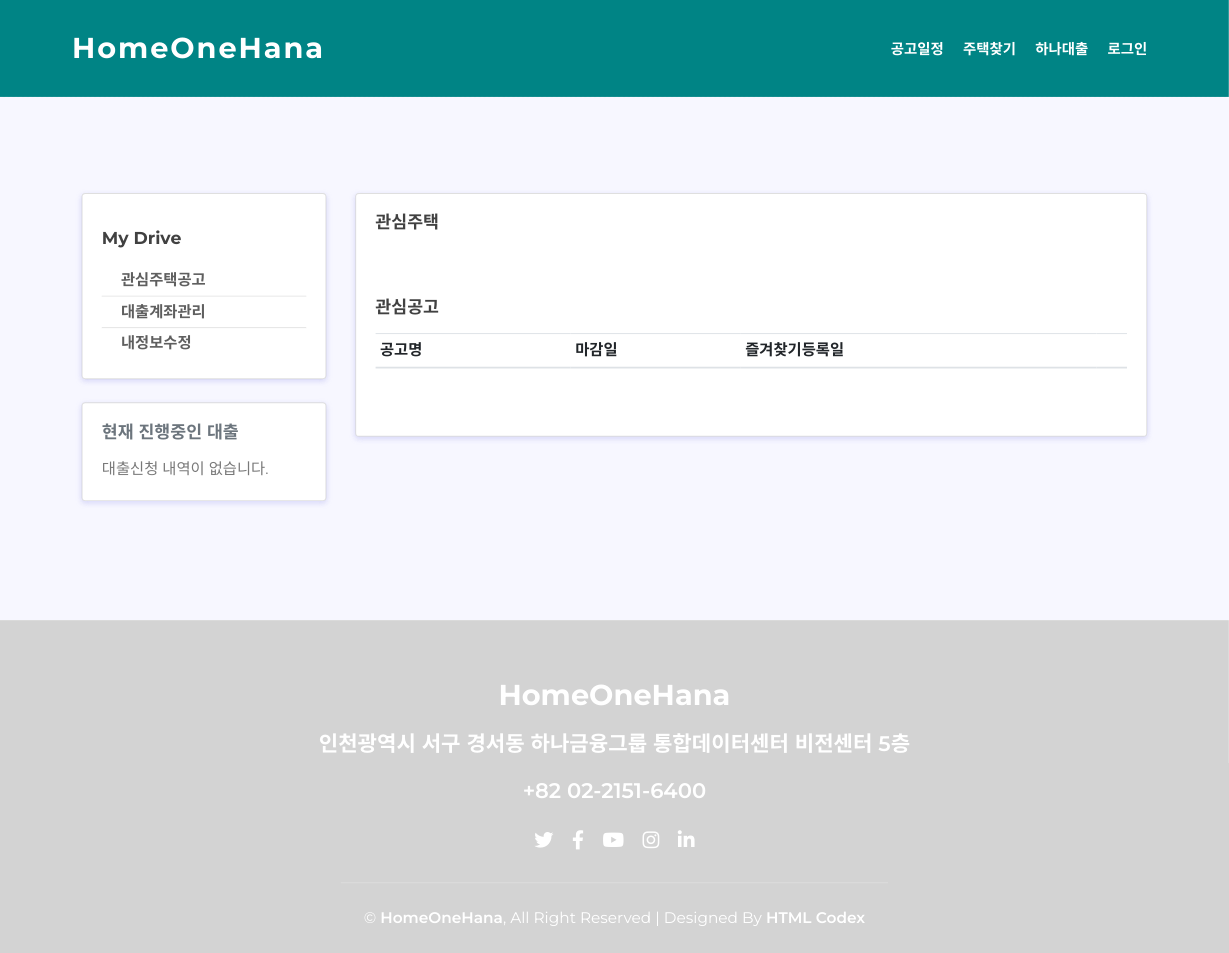
Repository: koposoftware/2021_10_syyoon
Page: http://localhost/HomeOneHana/WEB-INF/jsp/mypage/mypage.jsp
These files come from the project's save history. The page is drawn as it stood at one moment and after the next save; the edit follows.
The browser window is 1280 px wide. The pictures show the whole page, at 96% of full size.
Some icons come from a web library that is not loaded, so they are not drawn. Some web libraries are served in a nearby version. The page is served by Tomcat 9. Nobody is signed in. The template is opened directly, without the code that normally fills it, so the values that code supplies are empty.

Above is the page before, as saved 2021-09-23 08:21:08.

After the next save:
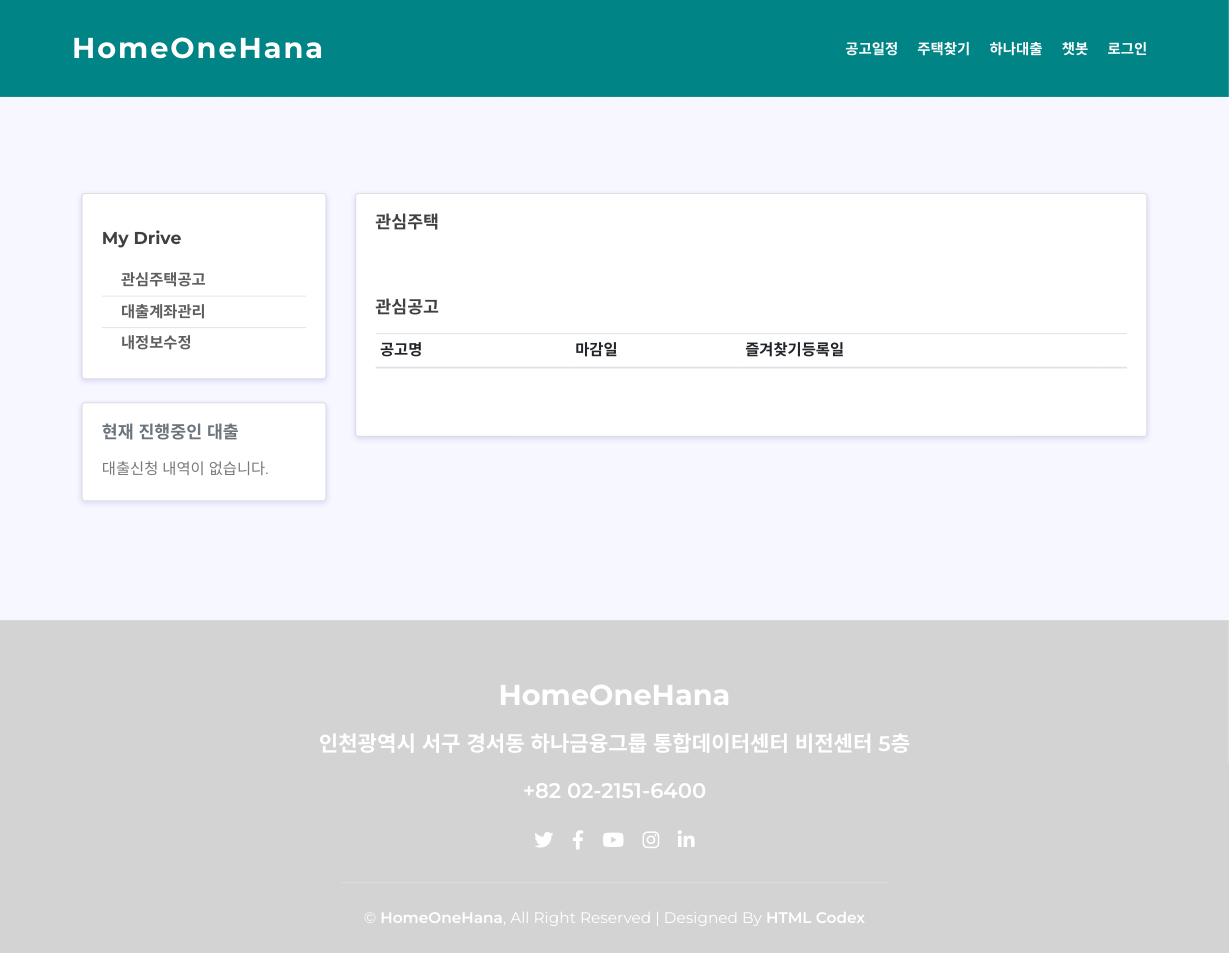
Saved 17 h 33 min later.
--- a/project/Spring-mvc/HomeOneHana/src/main/webapp/WEB-INF/jsp/include/topMenu.jsp
+++ b/project/Spring-mvc/HomeOneHana/src/main/webapp/WEB-INF/jsp/include/topMenu.jsp
@@ -46,6 +46,7 @@
             	<c:if test="${ empty sessionScope.loginVO  }">
                 <!-- <a href="Front/index2.jsp" class="nav-item nav-link active">Home</a> -->
                 <%-- <a href="${ pageContext.request.contextPath }/loan/review" class="nav-item nav-link">대출상담</a> --%>
+                <a href="${ pageContext.request.contextPath }/chatbot" class="nav-item nav-link">챗봇</a>
                 <a href="${ pageContext.request.contextPath }/login" class="nav-item nav-link">로그인</a>
 				</c:if>
 
